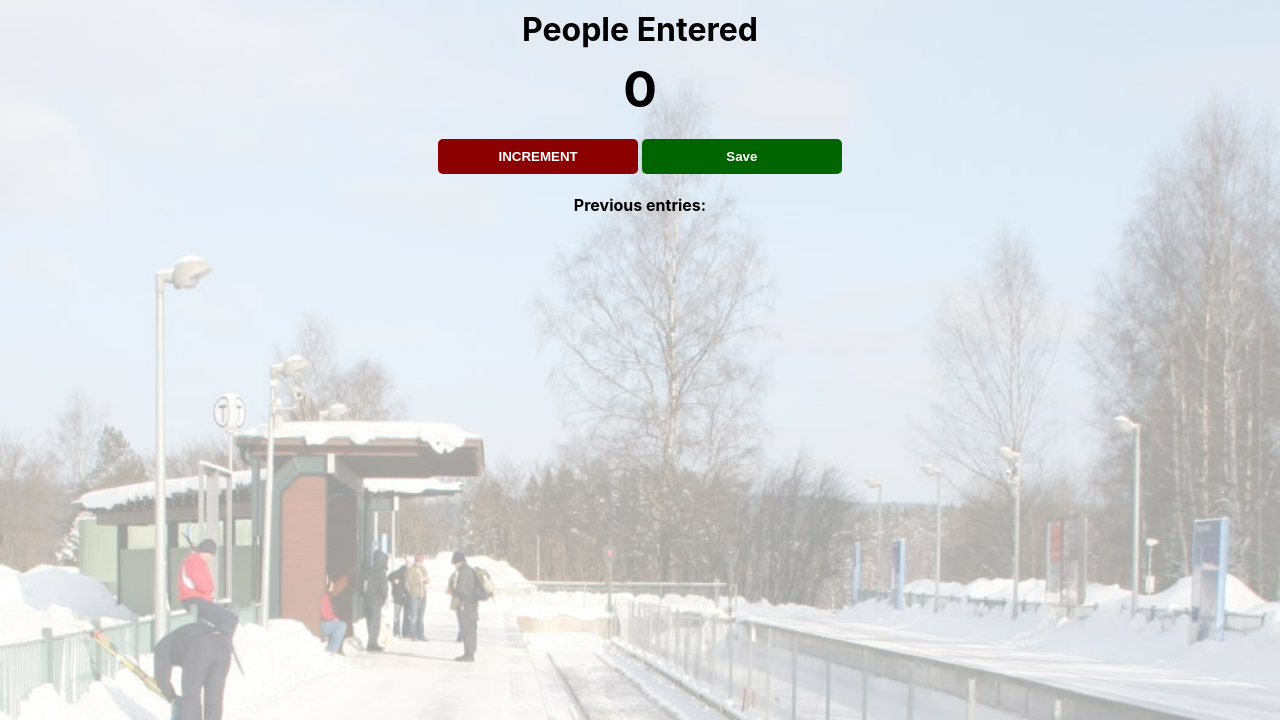
Repository: jt010051/JavaScriptCounter
Page: index.html
The author's editor kept a copy of each file at every save. The page is drawn from the files as they stood at one save, then again after the next save.
The browser window is 1280 px wide. The pictures show the whole page.
After loading, the first visible `#save-btn` was clicked once.

Above is the page before, as saved 2022-02-26 16:10:48.

After the next save:
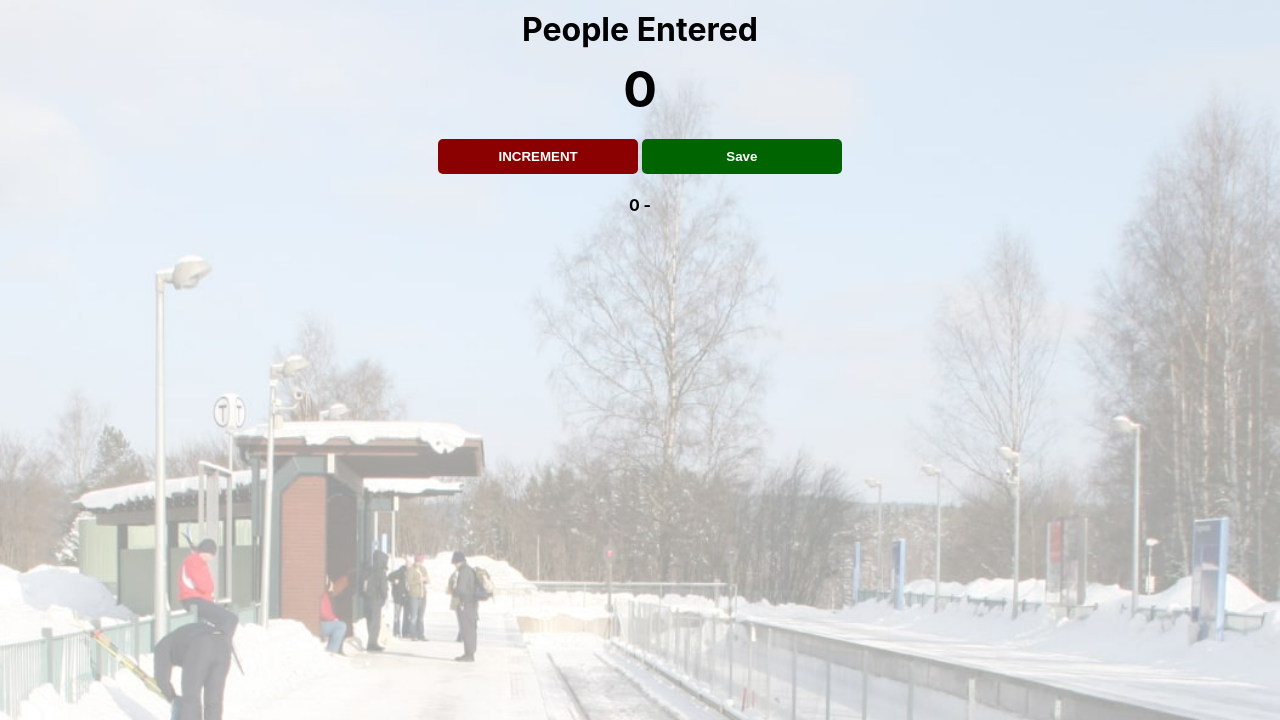
Saved 2 min 0 s later.
--- a/index.js
+++ b/index.js
@@ -7,8 +7,7 @@
 //change the count-el in the HTML to reflect the new count
 
 let countEl = document.getElementById("count-el");
-let saveEl=
-document.getElementById("save-el");
+let saveEl= document.getElementById("save-el");
 
 let count =0
 
@@ -25,7 +24,6 @@ function increment(){
 }
 function save(){
 
-    let prev =
-    console.log(count);
-
+    let cDash = count + " - ";
+saveEl.innerText = cDash;
 }
